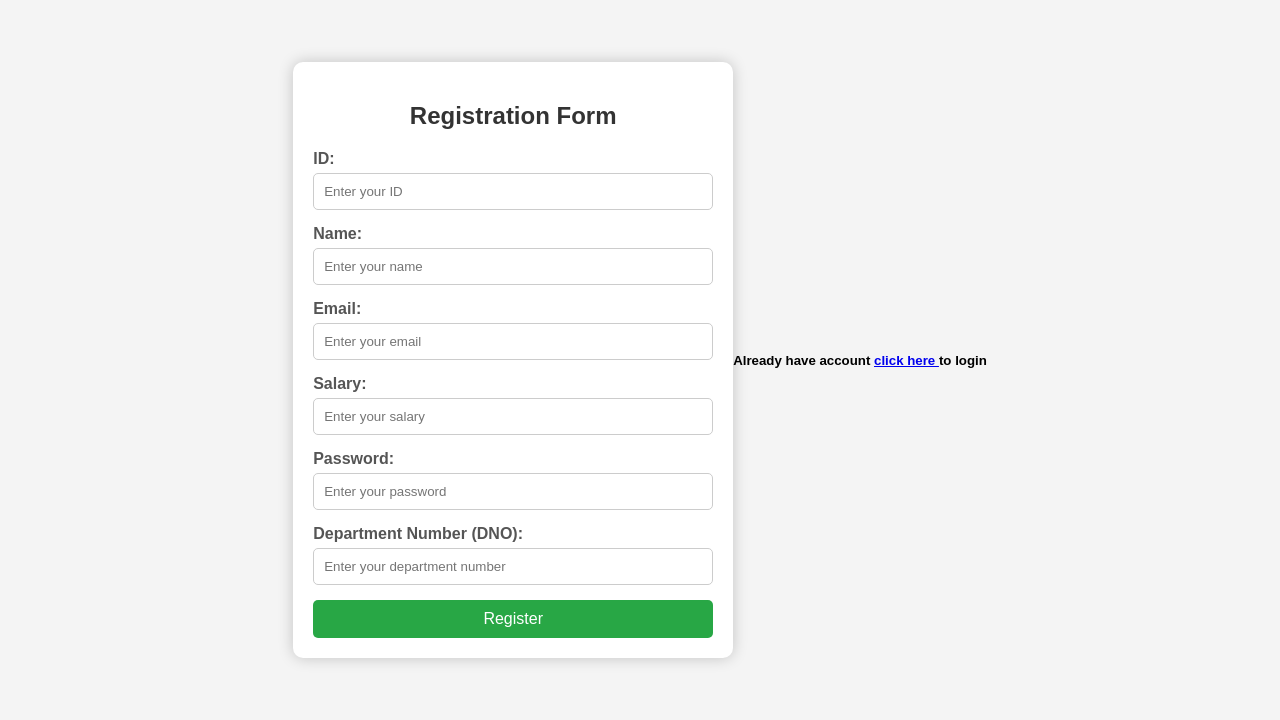
Repository: yhemachandra/ems
Page: http://localhost/ems/reg.jsp
These files come from the project's save history. The page is drawn as it stood at one moment and after the next save; the edit follows.
The browser window is 1280 px wide. The pictures show the whole page.
The page is served by Tomcat 9. Other server files are loaded and not shown.

Above is the page before, as saved 2024-10-18 06:54:44.

### ems/src/main/webapp/reg.jsp
<%@ page language="java" contentType="text/html; charset=UTF-8"
    pageEncoding="UTF-8"%>
<!DOCTYPE html>
<html>
<head>
<meta charset="UTF-8">
<title>Insert title here</title>
<style>
body {
            font-family: Arial, sans-serif;
            background-color: #f4f4f4;
            display: flex;
            justify-content: center;
            align-items: center;
            height: 100vh;
            margin: 0;
        }

        .registration-form {
            background-color: #fff;
            padding: 20px;
            border-radius: 10px;
            box-shadow: 0 0 15px rgba(0, 0, 0, 0.2);
            max-width: 400px;
            width: 100%;
        }

        .registration-form h2 {
            text-align: center;
            margin-bottom: 20px;
            color: #333;
        }

        .registration-form label {
            font-weight: bold;
            display: block;
            margin-bottom: 5px;
            color: #555;
        }

        .registration-form input[type="text"],
        .registration-form input[type="email"],
        .registration-form input[type="number"],
        .registration-form input[type="password"] {
            width: 100%;
            padding: 10px;
            margin-bottom: 15px;
            border: 1px solid #ccc;
            border-radius: 5px;
            box-sizing: border-box;
        }

        .registration-form button {
            width: 100%;
            padding: 10px;
            background-color: #28a745;
            color: white;
            border: none;
            border-radius: 5px;
            font-size: 16px;
            cursor: pointer;
        }

        .registration-form button:hover {
            background-color: #218838;
        }
    </style>
</head>
<body>

    <form class="registration-form" action="#" method="POST">
        <h2>Registration Form</h2>

        <label for="id">ID:</label>
        <input type="text" id="id" name="id" placeholder="Enter your ID" required>

        <label for="name">Name:</label>
        <input type="text" id="name" name="name" placeholder="Enter your name" required>

        <label for="email">Email:</label>
        <input type="email" id="email" name="email" placeholder="Enter your email" required>

        <label for="salary">Salary:</label>
        <input type="number" id="salary" name="salary" placeholder="Enter your salary" required>

        <label for="password">Password:</label>
        <input type="password" id="password" name="password" placeholder="Enter your password" required>

        <label for="dno">Department Number (DNO):</label>
        <input type="number" id="dno" name="dno" placeholder="Enter your department number" required>

        <button type="submit">Register</button>
    </form>
	<h5>Already have account <a href="login.jsp">click here </a> to login</h5>
</body>
</html>

After the next save:
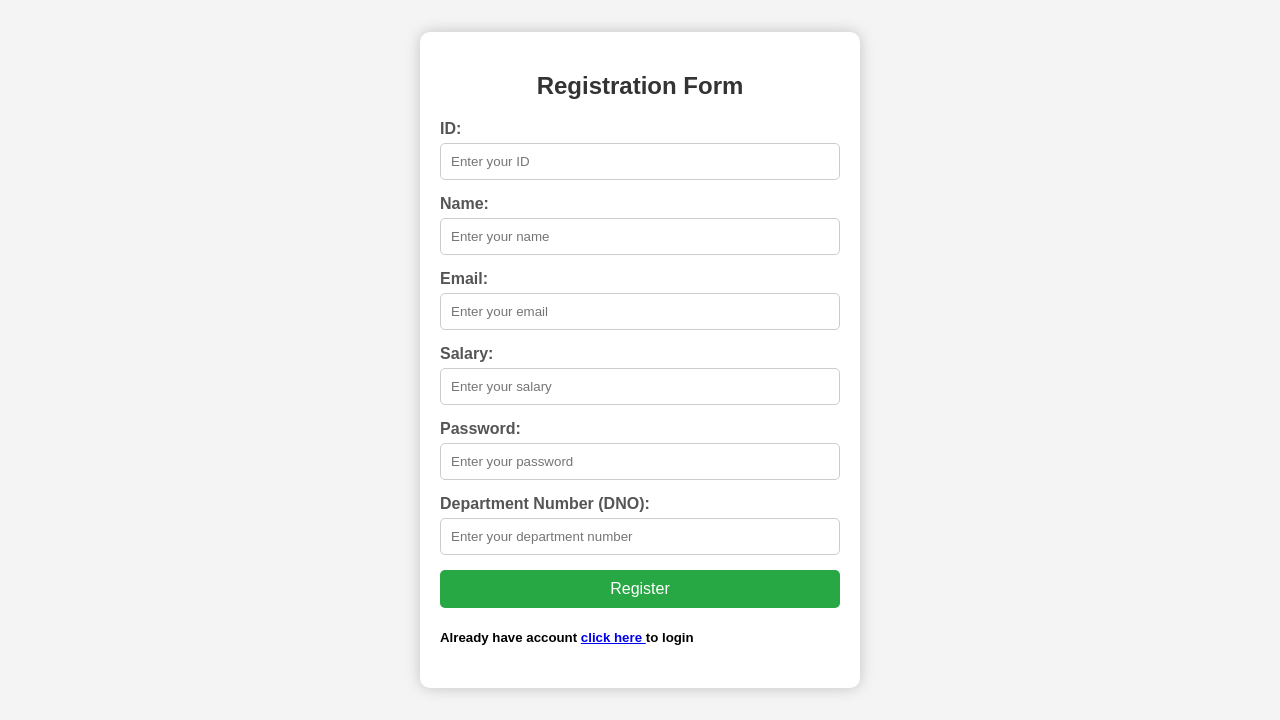
Saved 29 s later.
--- a/ems/src/main/webapp/reg.jsp
+++ b/ems/src/main/webapp/reg.jsp
@@ -90,7 +90,10 @@ body {
         <input type="number" id="dno" name="dno" placeholder="Enter your department number" required>
 
         <button type="submit">Register</button>
+
+        <h5>Already have account <a href="login.jsp">click here </a> to login</h5>
     </form>
-	<h5>Already have account <a href="login.jsp">click here </a> to login</h5>
+
+
 </body>
 </html>
